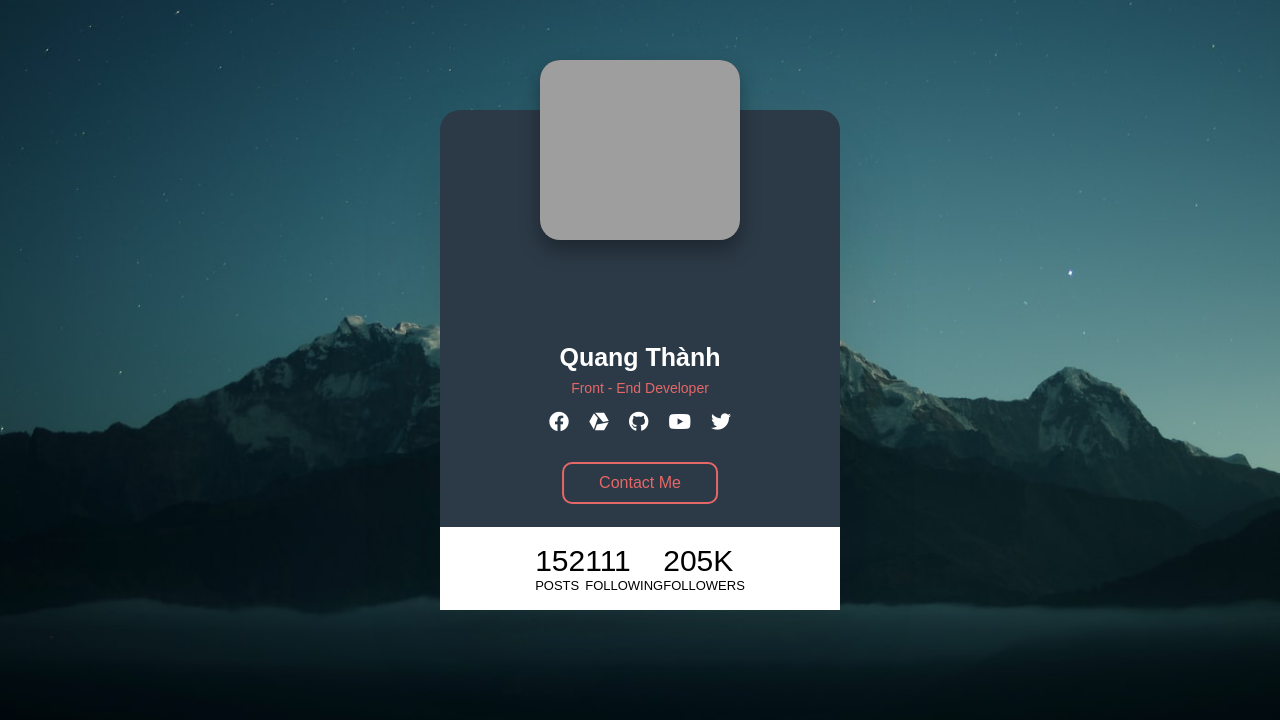
Repository: QuangThanh152/Profile-me
Page: index.html
The author's editor kept a copy of each file at every save. The page is drawn from the files as they stood at one save, then again after the next save.
The browser window is 1280 px wide. The pictures show the whole page.
Pictures or frames that could not be fetched are drawn as grey boxes.

Above is the page before, as saved 2022-10-07 16:05:55.

### index.html
<!DOCTYPE html>
<html lang="en">
<head>
    <meta charset="UTF-8">
    <meta http-equiv="X-UA-Compatible" content="IE=edge">
    <meta name="viewport" content="width=device-width, initial-scale=1.0">
    <link rel="stylesheet" href="./accets/font/fontawesome-free-6.1.2-web/css/all.min.css">
    <link rel="stylesheet" href="./accets/main.css">
    <title>Profile-QT</title>
</head>
<body>
    <div class="card">
        <div class="card-header">
            <img src="./accets/img/IMG_20220202_135645.jpg" alt="" class="img-me">
        </div>
        <div class="content">
            <div class="name">Quang Thành</div>
            <div class="desc">Front - End Developer</div>
            <div class="SocialNetwork">
                <a href="" class="icon"><i class="fa-brands fa-facebook"></i></a>
                <a href="" class="icon"><i class="fa-brands fa-instalod"></i></i></a>
                <a href="" class="icon"><i class="fa-brands fa-github"></i></i></a>
                <a href="" class="icon"><i class="fa-brands fa-youtube"></i></i></a>
                <a href="" class="icon"><i class="fa-brands fa-twitter"></i></i></a>
            </div>
            <a href="" class="btn-contact">Contact Me</a>
        </div>
        <div class="card-footer">
            <div class="number">
                <div class="item">
                    <span>152</span>
                    Posts
                </div>
            </div>
            <div class="number">
                <div class="item">
                    <span>111</span>
                    Following
                </div>
            </div>
            <div class="number">
                <div class="item">
                    <span>205K</span>
                    Followers
                </div>
            </div>
        </div>
    </div>
</body>
</html>

### accets/main.css
* {
    padding: 0;
    margin: 0;
    box-sizing: border-box;
    font-family: 'Poppins', sans-serif;
    text-decoration: none;
}

body {
    min-height: 100vh;
    background: url(/accets/img/img-big.jpg) no-repeat center;
    background-size: cover;
    display: flex;
    justify-content: center;
    align-items: center;
}

.card {
    position: relative;
    width: 400px;
    /* height: 190px; */
    height: 500px;
    border-radius: 20px;
    background: #2c3a47;
    transition: 0.2s;
    box-shadow: 0 35px 80px rgba(0,0,0,0.15);
    /* overflow: hidden; */
}
.card:hover {
    height: 500px;
}
.card-header {
    position: absolute;
    background: rgb(21, 19, 19);
    left: 50%;
    top: -50px;
    transform: translateX(-50%);
    width: 200px;
    height: 180px;
    border-radius: 20px;
    box-shadow: 0 10px 20px rgba(0,0,0,0.35);
    overflow: hidden;
    transition: 0.3s;
}
.card:hover .card-header {
    width: 250px;
    height: 250px;
    transition: 0.2s;
}
.img-me {
    position: absolute;
    top: 0;
    left: 0;
    width: 100%;
    height: 100%;
    object-fit: cover;
}
.content {
    position: absolute;
    top: 45%;
    text-align: center;
    align-items: center;
    left: 50%;
    transform: translateX(-50%);
}
.name {
    font-size: 25px;
    font-weight: 600;
    padding: 8px;
    color: #fff;
}
.desc {
    font-size: 14px;
    padding: 0 0 15px 0;
    color: #e66767;
}
.SocialNetwork {
    display: flex;
    justify-content: center;
    margin: 0 0 18px 0;
}
.SocialNetwork a{
    font-size: 20px;
    color: white;
    padding: 0 10px 0;
}
.SocialNetwork a:hover {
    color: #e66767;
}

.btn-contact {
    display: inline-block;
    font-size: 16px;
    padding: 10px 35px;
    border: 2px solid #e66767;
    border-radius: 10px;
    color: #e66767;
    margin-top: 10px;
}
.btn-contact:hover {
    background-color: #e66767;
    color: #f2f2f2;
}
.card-footer{
    position: absolute;
    display: flex;
    justify-content: center;
    align-items: center;
    bottom: 0;
    background: #fff;
    width: 100%;
    height: 83px;
}
.number{
    display: flex;
    align-items: center;
}
.item{
    flex: 1;
    font-size: 13px;
    text-transform: uppercase;
}
.item span {
    display: block;
    font-size: 30px;
}

Loaded but not shown: accets/font/fontawesome-free-6.1.2-web/css/all.min.css (library)

After the next save:
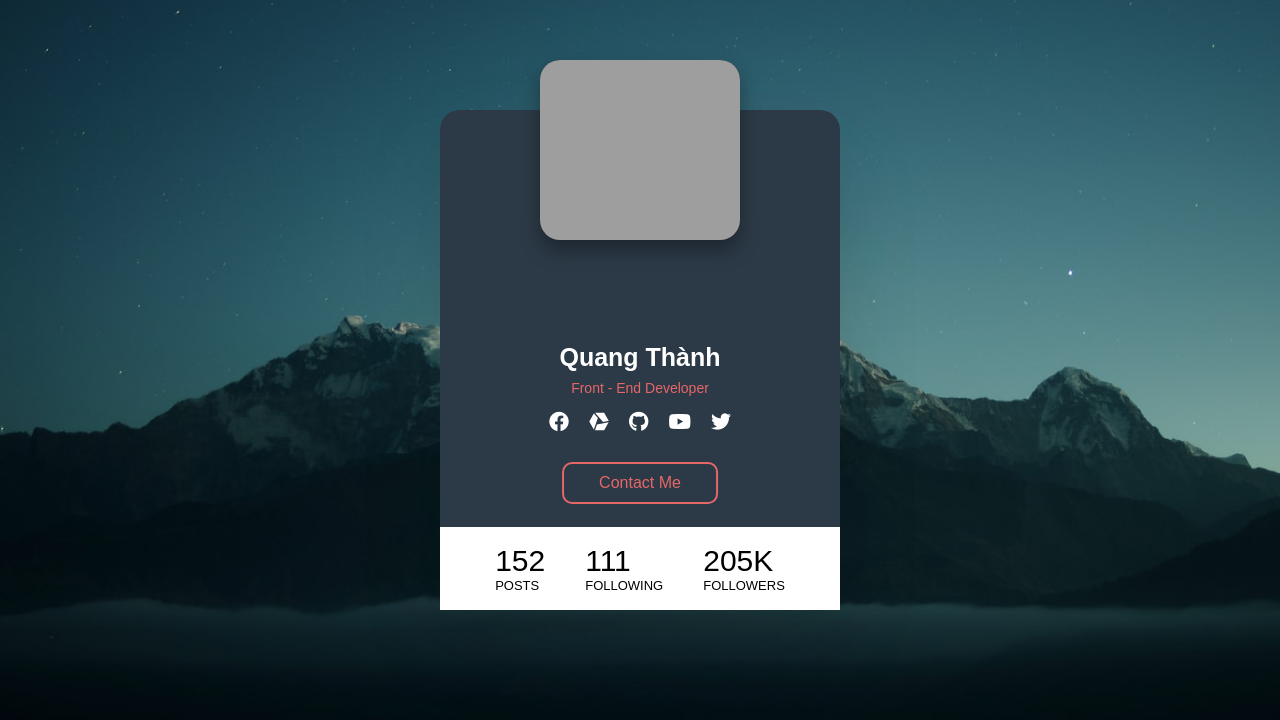
Saved 28 s later.
--- a/accets/main.css
+++ b/accets/main.css
@@ -114,6 +114,7 @@ body {
 .number{
     display: flex;
     align-items: center;
+    padding: 10px 20px;
 }
 .item{
     flex: 1;
